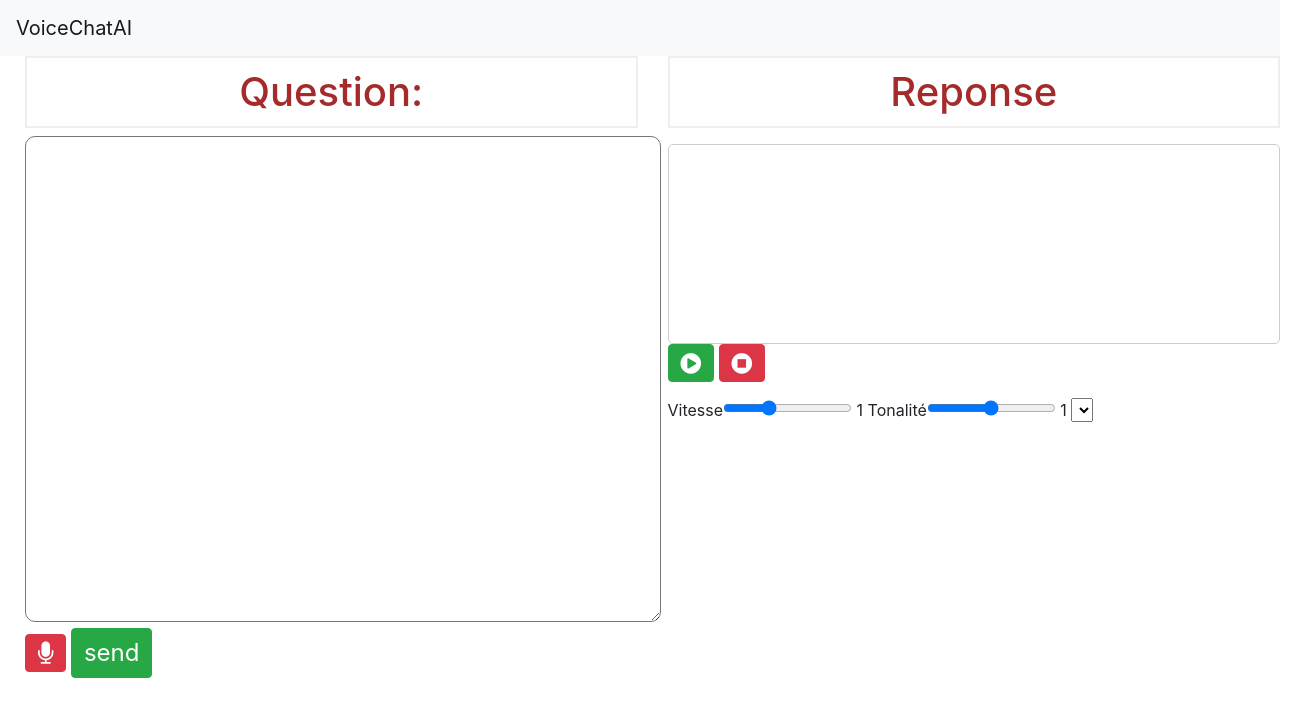
Repository: EtienneNad/ProjetDeSessionTechnologieEmergente
Page: http://localhost/
These files come from the project's save history. The page is drawn as it stood at one moment and after the next save; the edit follows.
The browser window is 1280 px wide. The page is 1295 px wide, so the pictures cover 1295 px, including what lies to the right of the window. The pictures show the whole page.
The page is served by the project's application, run on Flask 3 (app.py).

Above is the page before, as saved 2023-12-12 23:25:42.

### templates/index.html
{% extends 'base.html' %}
{% block content %}
    <h1>{% block title %} Welcome to FlaskBlog {% endblock %}</h1>
{% endblock %}

### templates/base.html
<!DOCTYPE html>
<html lang="en">

<head>
    <!-- Balises meta requises -->
    <meta charset="utf-8">
    <meta name="viewport" content="width=device-width, initial-scale=1, shrink-to-fit=no">

    <!-- Bootstrap CSS -->
    <link rel="stylesheet" href="https://stackpath.bootstrapcdn.com/bootstrap/4.3.1/css/bootstrap.min.css"
        integrity="sha384-ggOyR0iXCbMQv3Xipma34MD+dH/1fQ784/j6cY/iJTQUOhcWr7x9JvoRxT2MZw1T" crossorigin="anonymous">
        <link rel="stylesheet" href="https://fonts.googleapis.com/icon?family=Material+Icons">
    <link rel="stylesheet" href="https://cdnjs.cloudflare.com/ajax/libs/font-awesome/4.7.0/css/font-awesome.min.css">
    <link rel="stylesheet" type="text/css" href="{{ url_for('static', filename='css/style.css') }}">
    <title>{% block title %} {% endblock %}</title>
</head>

<body>
    <!-- Barre de navigation -->
    <nav class="navbar navbar-expand-md navbar-light bg-light">
        <a class="navbar-brand" href="{{ url_for('index')}}">VoiceChatAI</a>
        <button class="navbar-toggler" type="button" data-toggle="collapse" data-target="#navbarNav"
            aria-controls="navbarNav" aria-expanded="false" aria-label="Toggle navigation">
            <span class="navbar-toggler-icon"></span>
        </button>
    </nav>
    <!-- Zone de message et réponse -->
    <div class="row " style="margin-left: 10px;">

        <!-- Zone de saisie de la question -->
        <div class="col-6 container-fluid" style="align-items: center;">
            <h1>Question: </h1>
            <div>
                <textarea id="message-input" rows="20" cols="60" style="border-radius: 10px;"></textarea>
            </div>
            <div>
                <!-- Bouton pour commencer la conversion vocale -->
                <p onclick="commencerConversion();" type="button" class="fa fa-microphone btn btn-danger" style="font-size:150%;"></p>
                <!-- Bouton pour arrêter la conversion vocale -->
                <p onclick="arreterConversion()" type="button" class="material-icons btn btn-success" style="font-size:150%;"
                    id="send-btn">send</p>
            </div>
        </div>
         <!-- Zone de réponse -->
        <div class="col-6 container-fluid" style="align-items: center;">
            <div>
                <h1>Reponse</h1>
                 <!-- Boîte de chat pour afficher la réponse -->
                <div class="txt chat-box mt-3">

                  </div>
                <div>
                    <!-- Formulaire pour les options de synthèse vocale -->
                    <form>
                        <!-- Bouton pour commencer la lecture vocale -->
                        <p onclick="commencerLecture()" aria-label="Reponse" type="button"
                            class="fa fa-play-circle btn btn-success" aria-hidden="true" style="font-size:150%;"></p>
                        <!-- Bouton pour arrêter la lecture vocale -->
                        <p type="button" type="button" onclick="arreterLecture();" aria-label="Stop Recording"
                            class="fa fa-stop-circle btn btn-danger" style="font-size:150%;"></p>

                        <!-- Contrôles de vitesse et de tonalité -->
                        <div>
                            <label for="vitesse">Vitesse</label><input type="range" min="0.5" max="2" value="1" step="0.1"
                                id="vitesse" />
                            <span class="vitesse-value">1</span>
                            <label for="tonalite">Tonalité</label><input type="range" min="0" max="2" value="1" step="0.1"
                                id="tonalite" />
                            <span class="tonalite-value">1</span>
                            <select></select>
                        </div>
                    </form>
                </div>
            </div>
        </div>
    </div>


   <!-- Dépendances JavaScript -->
       <script src="https://code.jquery.com/jquery-3.3.1.slim.min.js"
        integrity="sha384-q8i/X+965DzO0rT7abK41JStQIAqVgRVzpbzo5smXKp4YfRvH+8abtTE1Pi6jizo"
        crossorigin="anonymous"></script>
    <script src="https://cdnjs.cloudflare.com/ajax/libs/popper.js/1.14.7/umd/popper.min.js"
        integrity="sha384-UO2eT0CpHqdSJQ6hJty5KVphtPhzWj9WO1clHTMGa3JDZwrnQq4sF86dIHNDz0W1"
        crossorigin="anonymous"></script>
    <script src="https://stackpath.bootstrapcdn.com/bootstrap/4.3.1/js/bootstrap.min.js"
        integrity="sha384-JjSmVgyd0p3pXB1rRibZUAYoIIy6OrQ6VrjIEaFf/nJGzIxFDsf4x0xIM+B07jRM"
        crossorigin="anonymous"></script>


    <!-- API de reconnaissance vocale -->
    <script>

        var resultat = document.getElementById('message-input');
        var reconnaissanceVocale;

        // Fonction pour commencer la reconnaissance vocale
        function commencerConversion() {
                // Vérification de la compatibilité avec l'API webkitSpeechRecognition
            if ('webkitSpeechRecognition' in window) {
                        // Création d'une nouvelle instance de webkitSpeechRecognition

                reconnaissanceVocale = new webkitSpeechRecognition();
                reconnaissanceVocale.continuous = true;
                reconnaissanceVocale.interimResults = true;
                reconnaissanceVocale.lang = 'fr-CA';
                reconnaissanceVocale.start();

                var TranscriptionFinal = '';
                // Événement déclenché lorsqu'il y a des résultats de la reconnaissance vocal
                reconnaissanceVocale.onresult = function (event) {
                    var TranscriptionsInterimaire = '';
                    // Parcourir les résultats de la reconnaissance
                    for (var i = event.resultIndex; i < event.results.length; i++) {
                        var transcript = event.results[i][0].transcript;
                        // Remplacement des sauts de ligne par des balises <br>
                        transcript = transcript.replace("\n", "<br>");
                         // Vérification si le résultat est final ou non
                        if (event.results[i].isFinal) {
                            TranscriptionFinal += transcript;
                        } else {
                            TranscriptionsInterimaire += transcript;
                        }
                    }
                     // Affichage des résultats dans l'élément DOM
                    resultat.innerHTML = TranscriptionFinal + TranscriptionsInterimaire;
                };
                // Gestion des erreurs lors de la reconnaissance vocale
                reconnaissanceVocale.onerror = function (event) {
                    console.error(event.error);
                };
            } else {
                // Affichage d'un message si le navigateur n'est pas compatible
                resultat.innerHTML = 'Votre navigateur n\'est pas pris en charge. Veuillez télécharger Google Chrome ou mettre à jour votre navigateur.';
            }
        }
        // Fonction pour arrêter la reconnaissance vocale

        function arreterConversion() {
            // Fonction pour arrêter la reconnaissance vocale
            if (reconnaissanceVocale) {
                reconnaissanceVocale.continuous = false;
                reconnaissanceVocale.interimResults = false;
                reconnaissanceVocale.stop();
            }
        }
        //code inspirée de: https://towardsdatascience.com/voice-to-text-with-chrome-web-speech-api-d98462cb0849
    </script>
    <!-- API de synthèse vocale -->
    <script>
        const syntheseVocale = window.speechSynthesis;
        const inputForm = document.querySelector("form");
        const inputTxt = document.querySelector(".txt");
        const selectionVoix = document.querySelector("select");
        const tonalite = document.querySelector("#tonalite");
        const valeurTonalite  = document.querySelector(".tonalite-value");
        const vitesse = document.querySelector("#vitesse");
        const valeurVitesse = document.querySelector(".vitesse-value");
        const bouttonJouer = document.querySelector("#play");

        let dernierMessage = ''; // Ajout d'une variable globale pour stocker le dernier message.

        let voix = [];
        // Fonction pour remplir la liste des voix disponibles
        function remplirListeVoix() {
            voix = syntheseVocale.getVoices();
            selectionVoix.innerHTML = '';

            for (let i = 0; i < voix.length; i++) {
                const option = document.createElement("option");
                option.textContent = voix[i].name + " (" + voix[i].lang + ")";

                if (voix[i].default) {
                    option.textContent += " -- DEFAULT";
                }

                option.setAttribute("data-lang", voix[i].lang);
                option.setAttribute("data-name", voix[i].name);
                selectionVoix.appendChild(option);
            }
        }
        // Appel initial pour remplir la liste des voix
        remplirListeVoix();
        // Vérification de la disponibilité de l'événement onvoiceschanged
        if (speechSynthesis.onvoiceschanged !== undefined) {
            speechSynthesis.onvoiceschanged = remplirListeVoix;
        }
        // Fonction qui démarre la synthèse vocale lorsqu'on appuie sur "play"
        function commencerLecture() {

            lectureTexte(dernierMessage);
        }
        // Fonction pour arrêter la synthèse vocale
        function arreterLecture() {
            if (syntheseVocale) {
                syntheseVocale.cancel();
            }
        }
        // Événement onchange pour ajuster la valeur de tonalité
        tonalite.onchange = function () {
            valeurTonalite  .textContent = tonalite.value;
        };
        // Événement onchange pour ajuster la valeur de vitesse
        vitesse.onchange = function () {
            valeurVitesse.textContent = vitesse.value;
        };


        // Fonction permettant de lire le texte avec la synthèse vocale
         function lectureTexte(texteALire) {
            event.preventDefault();

            const SelectionOption = selectionVoix.selectedOptions[0].getAttribute('data-name');
            const voixSelectionner = voix.find(voice => voice.name === SelectionOption);

            if (voixSelectionner) {
                const utterThis = new SpeechSynthesisUtterance(texteALire);
                utterThis.voice = voixSelectionner;
                utterThis.tonalite = tonalite.value;
                utterThis.vitesse = vitesse.value;

                syntheseVocale.speak(utterThis);


                inputTxt.blur();
            } else {
                console.error("La voix sélectionnée n'a pas été trouvée");
            }

        syntheseVocale.speak(utterThis);

    }

        //code inspirée de: https://developer.mozilla.org/en-US/docs/Web/API/Web_Speech_API/Using_the_Web_Speech_API
    </script>

    <!-- Communication avec ChatGPT -->
    <script>
        // Fonction pour mettre en surbrillance le code à l'aide de la bibliothèque highlight.js
        function SoulignerTout() {
            document.querySelectorAll("pre code").forEach(block => {
                hljs.highlightBlock(block);
            });
        }

        // Éléments du DOM
        const chatBox = document.querySelector(".chat-box");
        const messageInput = document.querySelector("#message-input");
        const bouttonEnvoyer = document.querySelector("#send-btn");
        // Fonction pour ajouter un message à la boîte de chat
        function ajouterMessage(message, isUserMessage) {
        const messageDiv = document.createElement("div");
        messageDiv.classList.add("mt-3", "p-3", "rounded", isUserMessage ? "user-message" : "bot-message");

        messageDiv.innerHTML = `<img src="{{ url_for('static', filename='images/user.png') }}" class="user-icon"><p>${message}</p>`;

        chatBox.appendChild(messageDiv);
        chatBox.scrollTop = chatBox.scrollHeight;

        dernierMessage = message;
         // Mise à jour du dernier message
    }
    // Fonction pour envoyer un message
    function messageEnvoyer() {
        const message = messageInput.value.trim();

        if (message !== "") {
            ajouterMessage(message, true);

            fetch("/api", {
                method: "POST",
                headers: {
                    "Content-Type": "application/json"
                },
                body: JSON.stringify({ message })
            })
                .then(response => response.json())
                .then(data => {
                    messageInput.value = "";

                    const content = data.content;
                    const hasCodeBlock = content.includes("```");

                    if (hasCodeBlock) {
                        const codeContent = content.replace(/```([\s\S]+?)```/g, '</p><pre><code>$1</code></pre><p>');
                        ajouterMessage(codeContent, false);
                        lectureTexte(codeContent);  // Lire le contenu avec la synthèse vocale

                    }
                    else {
                        ajouterMessage(content, false);
                        lectureTexte(content);
                        // Lire le contenu avec la synthèse vocale
                    }
                })
                .catch(error => console.error(error));
        }
    }

        // Ajout d'écouteurs d'événements
        bouttonEnvoyer.addEventListener("click", messageEnvoyer);
        messageInput.addEventListener("keydown", event => {
            if (event.keyCode === 13 && !event.shiftKey) {
                event.preventDefault();
                messageEnvoyer();
            }
        });

        // Interval pour mettre en surbrillance le code toutes les secondes
        setInterval(SoulignerTout, 1000);
        //Code Inspirée de: https://www.youtube.com/watch?v=1tNER04Ytyc&t=1s
    </script>

</body>

</html>

### app.py
from flask import Flask, render_template, request
import openai

# Initialisation de l'application Flask
app = Flask(__name__)

# Configuration de la clé API d'OpenAI
openai.api_key = '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'

# Route pour la page d'accueil
@app.route('/')
def index():
    return render_template('index.html')

# Route pour l'API de traitement des messages
@app.route('/api', methods=['POST'])
def api():
    # Récupération du message depuis la requête POST
    message = request.json.get("message")

    # Appel à l'API OpenAI pour la génération de la réponse
    reponse = openai.ChatCompletion.create(
        model='gpt-3.5-turbo',
        messages=[{'role': 'user', 'content': message}]
    )

    # Vérification si la génération de la réponse a réussi
    if reponse.choices[0].message != None:
        return reponse.choices[0].message
    else:
        return 'La génération de la réponse a échoué !'

# Exécution de l'application Flask
if __name__ == '__main__':
    app.run()

### static/css/style.css
h1 {
    border: 2px #eee solid;
    color: brown;
    text-align: center;
    padding: 10px;
}
.centre{
    align-items: center;
  }
  .chat-title {
    color: white;
  }

  .chat-box {
    border: 1px solid #ccc;
    padding: 10px;
    border-radius: 5px;
    min-height: 200px;
    max-height: 400px;
    overflow-y: auto;
  }

  .message-input {
    resize: none;
  }

  .send-btn {
    margin-top: 10px;
  }

  .user-message {
    background-color: #007BFF;
    color: white;
    border-radius: 5px;
    padding: 10px;
  }

  .bot-message {
    background-color: #28A745;
    color: white;
    border-radius: 5px;
    padding: 10px;
  }

  .bot-icon, .user-icon {
    width: 30px;
    height: 30px;
    border-radius: 50%;
    margin-right: 10px;
  }

After the next save:
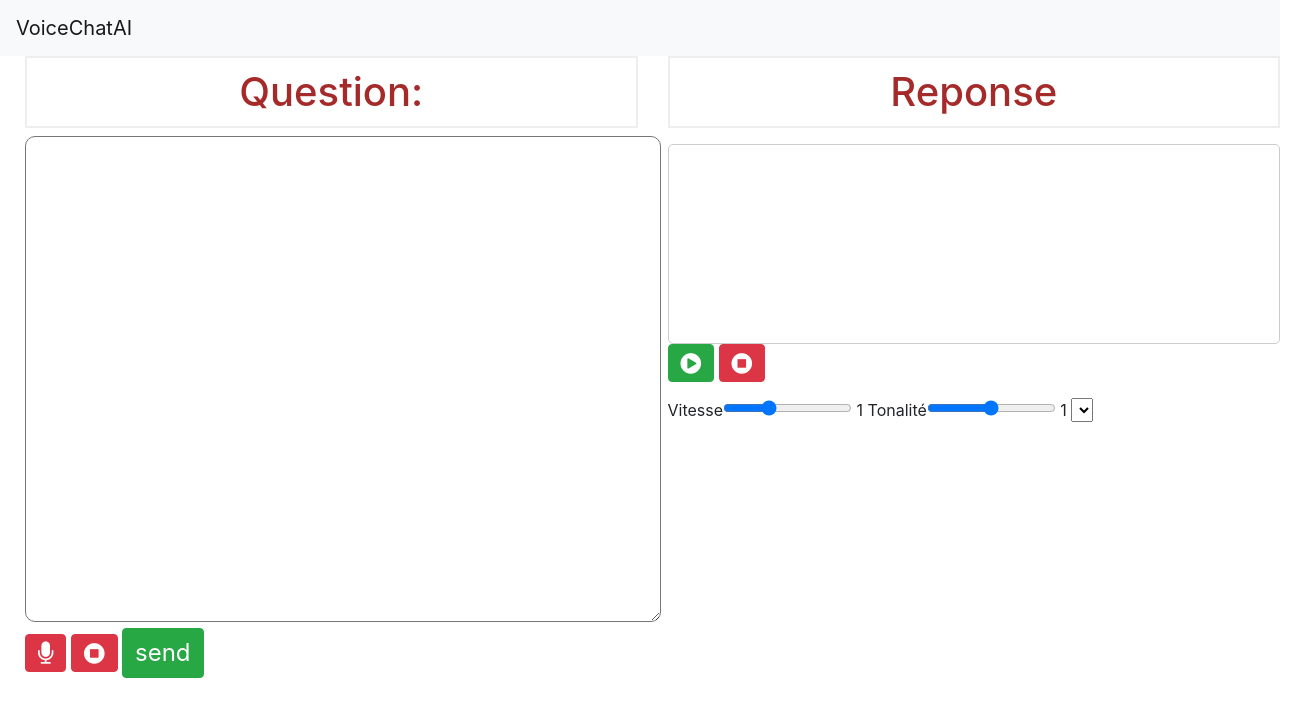
Saved 11 h 58 min later.
--- a/templates/base.html
+++ b/templates/base.html
@@ -37,8 +37,13 @@
                 <!-- Bouton pour commencer la conversion vocale -->
                 <p onclick="commencerConversion();" type="button" class="fa fa-microphone btn btn-danger" style="font-size:150%;"></p>
                 <!-- Bouton pour arrêter la conversion vocale -->
-                <p onclick="arreterConversion()" type="button" class="material-icons btn btn-success" style="font-size:150%;"
+                <p type="button" type="button" onclick="arreterConversion();" aria-label="Stop Recording"
+                    class="fa fa-stop-circle btn btn-danger" style="font-size:150%;"></p>
+
+                <!-- Bouton pour envoyer le message a chatGPT -->
+                <p  type="button" class="material-icons btn btn-success" style="font-size:150%;"
                     id="send-btn">send</p>
+
             </div>
         </div>
          <!-- Zone de réponse -->
